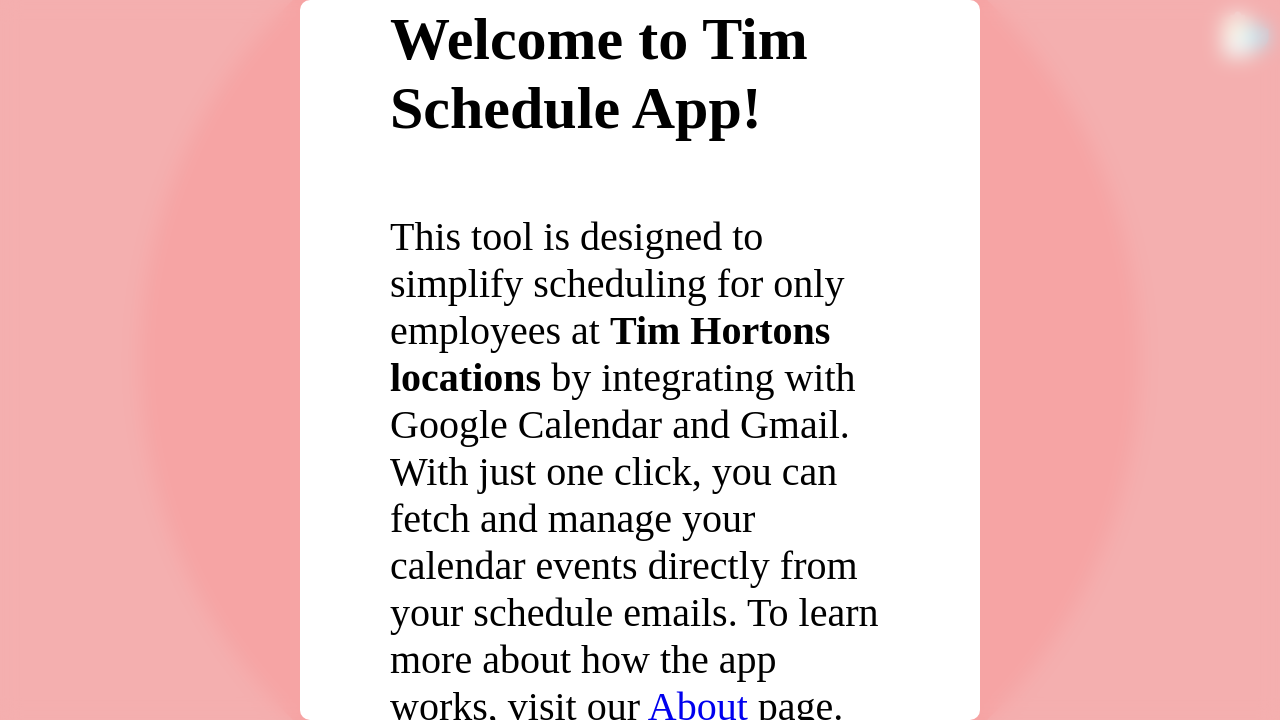
Repository: Sukhvir-Grewal/tim-schadule-app
Page: node_version/public/index.html
An editor plug-in stored every save of this project. The page is shown before and after the next save, followed by the edit.
The browser window is 1280 px wide. The pictures show the whole page.

Above is the page before, as saved 2024-08-15 01:11:01.

### node_version/public/index.html
<!DOCTYPE html>
<html>

<head>
    <title>Tim Schedule App</title>
    <meta charset="utf-8" />
</head>
<link rel="stylesheet" href="style.css?v=1.0.0" />
<link rel="icon" href="/favicon.png" type="image/png">

<body>
    <div class="main-container">
        <div class="backDrop">
            <div class="aboutBox">
                <h2 style="display: grid; place-content:center">Welcome to Tim Schedule App!</h2>
                <p>This tool is designed to simplify scheduling for only employees at <b>Tim Hortons locations</b> by integrating with Google Calendar and Gmail. With just one click, you can fetch and manage your calendar events directly from your schedule emails. To learn more about how the app works, visit our <a href="/about">About</a> page. After reviewing the details, simply authorize with the button below to start using the app.</p>
            </div>
        </div>
        <a href="./privacy-policy.html">
            <img src="./privay.png" class="privacy" alt="">
        </a>
        <img src="./timlogo.svg" class="logo" alt="">
        <div class="circle-1">
            <div class="circle-2">
                <div class="circle-3">
                    <div class="circle-4">
                        <button id="authorize_button" onclick="handleAuthClick()">
                            Authorize
                        </button>
                        <div class="after_authorize">
                            Done
                            <svg class="tick" xmlns="http://www.w3.org/2000/svg" viewBox="0 0 24 24" width="24"
                                height="24">
                                <path fill="none" d="M0 0h24v24H0z" />
                                <path fill="currentColor" d="M9 16.2l-3.5-3.5 1.41-1.41L9 13.38l7.09-7.09L17.5 7.5z" />
                            </svg>
                        </div>
                    </div>
                </div>
            </div>
        </div>
    </div>

    <script src="./script.js"></script>
    <script async defer src="https://apis.google.com/js/api.js" onload="gapiLoaded()"></script>
    <script async defer src="https://accounts.google.com/gsi/client" onload="gisLoaded()"></script>
</body>

</html>

### node_version/public/style.css
* {
    padding: 0;
    margin: 0;
    overflow-x: hidden;
    overflow-y: hidden;
}

.main-container {
    height: 100dvh;
    width: 100dvw;
    display: flex;
    justify-content: center;
    align-items: center;
    position: relative;
}

.backDrop {
    z-index: 11;
    height: 100vh;
    width: 100vw;
    display: grid;
    place-content: center;
    backdrop-filter: blur(10px);
    -webkit-backdrop-filter: blur(10px);
    background-color: rgba(255, 255, 255, 0.5);
}


.aboutBox{
    background-color: white;
    border-radius: 10px;
    min-height: 100px;
    width: 90vw;
    padding: 5px 90px;
    animation: fadeIn 4s ease;
    font-size: 40px;
}

.aboutBox h2{
    margin-bottom: 70px;
}

.logo {
    position: absolute;
    top: 0;
    height: 450px;
    display: none;
    pointer-events: none;
    z-index: 10;
}

.privacy {
    width: 50px;
    height: 50px;
    position: absolute;
    top: 10px;
    right: 10px;
    cursor: pointer;
    z-index: 10;
    display: none;
}

.tick {
    color: green;
    width: 80px;
    height: 80px;
}

.slideUp {
    display: block;
    animation: slideUp 1s forwards;
}

.fadeIn {
    display: block;
    animation: fadeIn 2s ease;
}

.circle-1,
.circle-2,
.circle-3,
.circle-4 {
    border-radius: 50%;
    display: flex;
    justify-content: center;
    align-items: center;
    position: absolute;
}

.circle-1 {
    background-color: rgb(228, 129, 129);
    animation: expandCircle1 1s ease forwards;
    animation-delay: 0s;
}

.circle-2 {
    background-color: rgb(233, 94, 94);
    animation: expandCircle2 1s ease forwards;
    animation-delay: 0.3s;
}

.circle-3 {
    background-color: rgb(236, 72, 72);
    animation: expandCircle3 1s ease forwards;
    animation-delay: 0.8s;
}

.circle-4 {
    background-color: rgb(233, 58, 58);
    animation: expandCircle4 1s ease forwards;
    animation-delay: 1.2s;
    font-size: 5rem;
    border: 1px solid white;
}

#authorize_button {
    display: none;
    background-color: transparent;
    border: none;
    font-size: xx-large;
    color: white;
    font-weight: bolder;
    cursor: pointer;
}

#authorize_button.show {
    display: block;
}

.after_authorize {
    display: none;
    justify-content: center;
    align-items: center;
    font-size: 4rem;
    font-weight: bolder;
    color: white;
}


@keyframes expandCircle1 {
    0% {
        width: 0;
        height: 0;
    }

    100% {
        width: 2000px;
        height: 2000px;
    }
}

@keyframes expandCircle2 {
    0% {
        width: 0;
        height: 0;
    }

    100% {
        width: 1500px;
        height: 1500px;
    }
}

@keyframes expandCircle3 {
    0% {
        width: 0;
        height: 0;
    }

    100% {
        width: 1000px;
        height: 1000px;
    }
}

@keyframes expandCircle4 {
    0% {
        width: 0;
        height: 0;
    }

    100% {
        width: 500px;
        height: 500px;
    }
}

@keyframes slideUp {
    0% {
        opacity: 0;
        transform: translateY(50px);
    }

    100% {
        opacity: 1;
        transform: translateY(0);
    }
}

@keyframes fadeIn {
    0% {
        opacity: 0;
    }

    100% {
        opacity: 1;
    }
}

/* Just for the laptop stuff*/
@media (min-width: 1000px) {
    .logo {
        top: 100px;
        height: 250px;
    }
    .aboutBox{
        min-height: 200px;
    width: 500px;
    }
}

### node_version/public/script.js
let CLIENT_ID
let API_KEY

const DISCOVERY_DOCS = [
    "https://www.googleapis.com/discovery/v1/apis/calendar/v3/rest",
    "https://www.googleapis.com/discovery/v1/apis/gmail/v1/rest",
];

const SCOPES = [
    "https://www.googleapis.com/auth/calendar.events",
    "https://www.googleapis.com/auth/gmail.readonly",
];

let tokenClient;
let gapiInited = false;
let gisInited = false;
let startDate = "";
let endDate = "";

document.getElementById("authorize_button").style.visibility = "hidden";


/*
 * This code Servers the purpose of getting both Env variables
 * including initializing the client Token
*/
async function fetchEnvVariables() {
    try {
        const response = await fetch('/env');
        const env = await response.json();
        CLIENT_ID = env.clientId;
        API_KEY = env.apiKey;

        tokenClient = google.accounts.oauth2.initTokenClient({
            client_id: CLIENT_ID,
            scope: SCOPES.join(" "),
            callback: "", // defined later
        });

        // Check for stored token
        const storedToken = localStorage.getItem("gapi_token")
        if (storedToken) {
            gapi.client.setToken(JSON.stringify(storedToken))
        }

        gisInited = true;
        maybeEnableButtons();
    } catch (error) {
        console.error("Error fetching environment variables:", error);
    }
}

/*
 * Next 4 functions will from Official Quickstart
 *     > https://developers.google.com/calendar/api/quickstart/js
 *     > https://developers.google.com/gmail/api/quickstart/js
 * NOTE: Code had been altered accordingly like use of localStorage for ease in login,
 * including document manipulation
*/
function gapiLoaded() {
    gapi.load("client", initializeGapiClient);
}

async function initializeGapiClient() {
    await gapi.client.init({
        apiKey: API_KEY,
        discoveryDocs: DISCOVERY_DOCS,
    });
    gapiInited = true;
    maybeEnableButtons();
}

function gisLoaded() {
    fetchEnvVariables()
}

function maybeEnableButtons() {
    if (gapiInited && gisInited) {
        document.getElementById("authorize_button").style.visibility = "visible";
    }
}

function handleAuthClick() {
    tokenClient.callback = async (resp) => {
        if (resp.error !== undefined) {
            console.error("Error during authorization:", resp);
            return;
        }

        // save the token to locakstorage
        const token = gapi.client.getToken()
        if (token) {
            localStorage.setItem("gapi_token", JSON.stringify(token))
        }

        document.getElementById("authorize_button").style.display = "none";
        document.querySelector(".after_authorize").style.display = "flex";

        await getRecentEmailFromSender();
    };

    if (gapi.client.getToken() === null) {
        tokenClient.requestAccessToken({ prompt: "consent" });
    } else {
        tokenClient.requestAccessToken({ prompt: "" });
    }
}

// NOTE: Custom functions starts from here

async function addEvent(event) {
    try {
        const response = await gapi.client.calendar.events.insert({
            calendarId: "primary",
            resource: event,
        });
        // console.log("Event created: ", response.result.htmlLink);
    } catch (err) {
        console.error("Error contacting the Calendar service: ", err.message);
    }
}

/*
 * Checks if the Event already exists in the place,
 * in case someone tries to push the event again
*/
async function checkDuplicateEvent(newEvent) {
    const calendar = gapi.client.calendar;

    try {
        // List events within the time range of the new event
        const response = await calendar.events.list({
            calendarId: "primary",
            timeMin: newEvent.start.dateTime,
            timeMax: newEvent.end.dateTime,
            singleEvents: true,
            orderBy: "startTime",
        });

        const events = response.result.items;

        if (events.length > 0) {
            // Check if any event matches the new event's details
            const duplicateEvent = events.find((event) => {

                const startTimeMatches =
                    Math.abs(
                        new Date(event.start.dateTime) -
                        new Date(newEvent.start.dateTime)
                    ) < 60000; // 1 minute tolerance
                const endTimeMatches =
                    Math.abs(
                        new Date(event.end.dateTime) -
                        new Date(newEvent.end.dateTime)
                    ) < 60000;

                // Compare other details
                return (
                    event.summary === newEvent.summary &&
                    startTimeMatches &&
                    endTimeMatches &&
                    event.location === newEvent.location
                );
            });

            if (duplicateEvent) {
                console.log("Duplicate event found. Event not added.");
                return;
            }
        }

        // Everything looks good, send the sucker^^
        await addEvent(newEvent);
        console.log("Event added successfully.");
    } catch (error) {
        console.error("Error checking or adding event:", error.message);
    }
}

/*
 * NOTE: Following logic is only for specific sender since i need to Extract
 * the schedule from the email, The code can be changed easily if the received email
 * have different format of schedule
 *
 * This code extract emails from noreply@clearviewconnect.com (my workplace schedule sender)
 * and gets the top email and extract the only lines starting from months and push line by line
 * in next function to get date and time separated
*/
async function getRecentEmailFromSender() {
    try {
        // List messages from the specified sender
        const res = await gapi.client.gmail.users.messages.list({
            userId: "me",
            q: `from:noreply@clearviewconnect.com`,
            maxResults: 1,
            orderBy: "date",
        });

        const messages = res.result.messages;
        if (!messages || messages.length === 0) {
            console.log("No message found");
            return;
        }

        // Get the most recent message
        const messageId = messages[0].id;
        const messageRes = await gapi.client.gmail.users.messages.get({
            userId: "me",
            id: messageId,
        });

        // NOTE: Learned new thing ^^
        const emailData = messageRes.result;
        const encodedBody = emailData.payload.parts
            ? emailData.payload.parts[0].body.data
            : emailData.payload.body.data;

        // Decode the body
        const decodedBody = atob(
            encodedBody.replace(/-/g, "+").replace(/_/g, "/")
        );

        // Extract the schedule details
        const scheduleLines = decodedBody
            .split("\n")
            .filter((line) =>
                line.match(
                    /^(Jan|Feb|Mar|Apr|May|Jun|Jul|Aug|Sep|Oct|Nov|Dec)\s+\d{2}:/
                )
            );

        if (scheduleLines.length === 0) {
            console.log("No schedule lines found.");
            return;
        }

        // Parse the schedule lines and add events
        for (const line of scheduleLines) {
            try {
                const event = parseScheduleLine(line);
                if (event) {
                    await checkDuplicateEvent(event);
                }
            } catch (error) {
                console.error("Error parsing or adding event:", error.message);
            }

            // NOTE: For Further Development

            // endDate = line.split(":")[0].trim();
        }
        /*
            startDate = scheduleLines[0].split(":")[0].trim();
            document.getElementById(
            "content"
            ).innerHTML += `Schedule from ${startDate} to ${endDate} has been Posted on calender`;
        */
    } catch (error) {
        console.error("Error fetching email:", error.message);
    }
}

function parseScheduleLine(line) {
    try {
        // Check for "Not Scheduled" and skip such lines
        // NOTE: String can be changed based on how your day off is mentioned in schedule
        if (line.includes("Not Scheduled")) {
            console.log(`Skipping non-scheduled day`);
            return null;
        }

        // Extract date part and time details
        const [datePart, rest] = line.split(/:\s+/);
        const timeAndDetails = rest.trim();

        // Handle specific cases based on structure
        // NOTE: Learned new thing ^^
        const [timeRange] = timeAndDetails.split(/\s*,\s*/);
        const [startTime, endTime] = timeRange
            .split(" - ")
            .map((time) => time.trim());

        // Extract month and day
        const [month, day] = datePart.split(/\s+/);
        const year = new Date().getFullYear();
        const date = new Date(`${month} ${day}, ${year}`);

        const startDateTime = new Date(date);
        const endDateTime = new Date(date);

        const [startHours, startMinutes] = convertTo24Hour(startTime);
        const [endHours, endMinutes] = convertTo24Hour(endTime);

        startDateTime.setHours(startHours, startMinutes);
        endDateTime.setHours(endHours, endMinutes);

        return {
            summary: `Tim~Shift`,
            start: {
                dateTime: startDateTime.toISOString(),
                timeZone: "America/Halifax",
            },
            end: {
                dateTime: endDateTime.toISOString(),
                timeZone: "America/Halifax",
            },
            colorId: "5", // Customizable based on interest
        };
    } catch (error) {
        console.error("Error parsing schedule line:", error.message);
        throw new Error("Invalid schedule line format");
    }
}

// Don't need to explain this one ^^
function convertTo24Hour(time) {
    if (!time) {
        throw new Error("Invalid time format");
    }

    const match = time.match(/(\d{1,2}):(\d{2})(AM|PM)/i);

    if (!match) {
        throw new Error("Time format does not match");
    }

    let [hours, minutes, meridian] = match.slice(1);
    hours = parseInt(hours, 10);
    minutes = parseInt(minutes, 10);

    if (meridian.toUpperCase() === "PM" && hours < 12) hours += 12;
    if (meridian.toUpperCase() === "AM" && hours === 12) hours = 0;

    return [hours, minutes];
}

// Animation stuff
setTimeout(function() {
    document?.getElementById("authorize_button").classList.add("show");
    document.querySelector(".logo").classList.add("slideUp");
    document.querySelector(".privacy").classList.add("fadeIn");
}, 2000);


document.querySelector(".backDrop").addEventListener('click', ()=>{
    document.querySelector(".backDrop").style.display = "none"
})

After the next save:
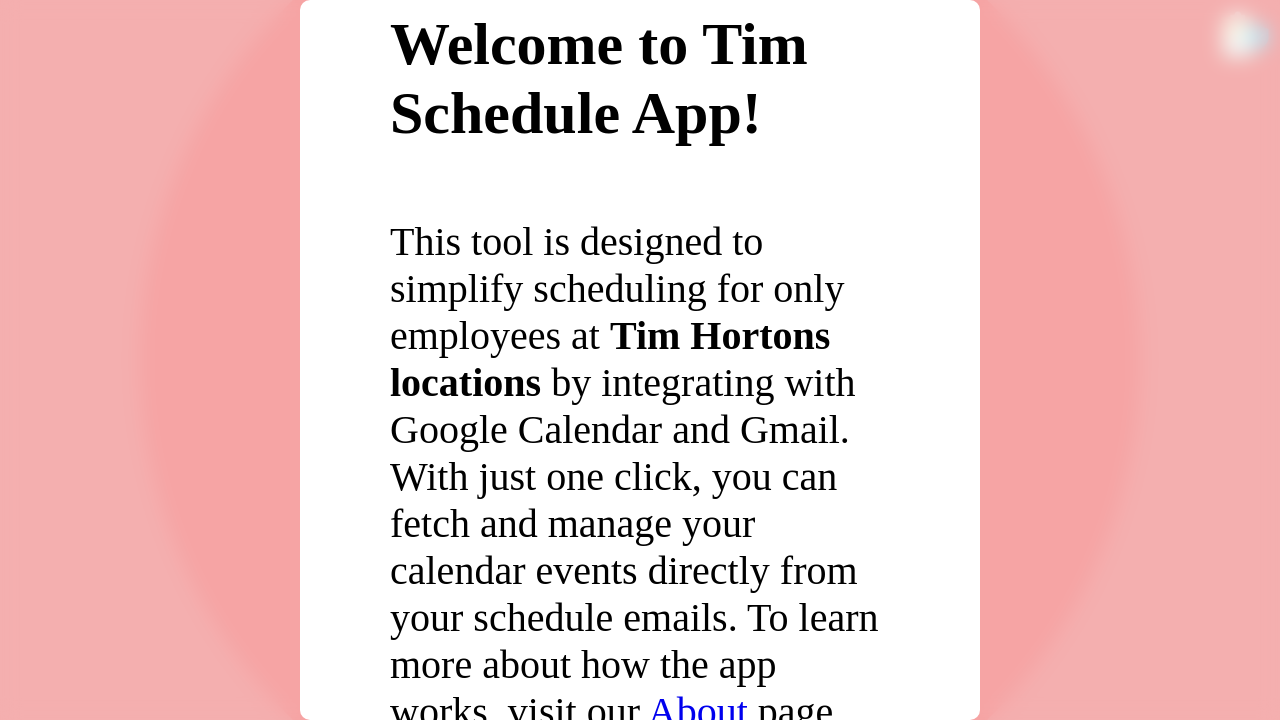
Saved 9 s later.
--- a/node_version/public/style.css
+++ b/node_version/public/style.css
@@ -31,7 +31,7 @@
     border-radius: 10px;
     min-height: 100px;
     width: 90vw;
-    padding: 5px 90px;
+    padding: 10px 90px;
     animation: fadeIn 4s ease;
     font-size: 40px;
 }
